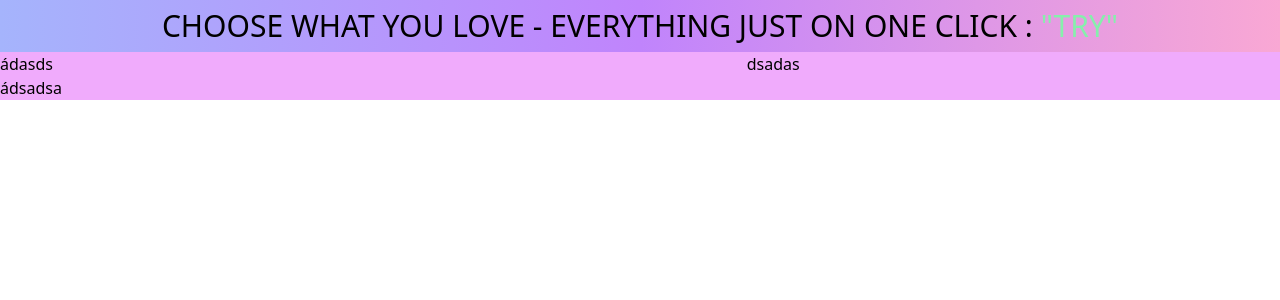
Repository: NguyenVietPhuQuy/ReactJs-TailWind-Redux-FunctionHook-ModelDesign
Page: / (app in modeldesign/)
The author's editor kept a copy of each file at every save. The page is drawn from the files as they stood at one save, then again after the next save.
The browser window is 1280 px wide. The pictures show the whole page.
The project was rebuilt for these pictures with package versions that can differ from the ones it lists, and the page was loaded fresh each time. Also part of the build but not shown: modeldesign/src/App.css.

Above is the page before, as saved 2022-11-17 10:33:49.

### modeldesign/src/index.js
import React from 'react';
import ReactDOM from 'react-dom/client';
import './index.css';
import App from './App';
import reportWebVitals from './reportWebVitals';
import {Provider} from 'react-redux'
import store from './Components/Reducer/Store'
const root = ReactDOM.createRoot(document.getElementById('root'));
root.render(
  <React.StrictMode>
    <Provider store ={store}>
    <App />
    </Provider>
  </React.StrictMode>
);

// If you want to start measuring performance in your app, pass a function
// to log results (for example: reportWebVitals(console.log))
// or send to an analytics endpoint. Learn more: https://bit.ly/CRA-vitals
reportWebVitals();

### modeldesign/src/App.js
import './App.css';
import Home from './Components/Home.js'
function App() {
  return (
    <div>
      <Home/>
    </div>
  );
}

export default App;

### modeldesign/src/Components/Reducer/Store.js
import {createStore} from "redux"
import rootReducer from "./RootReducer"

const store = createStore(rootReducer,window.__REDUX_DEVTOOLS_EXTENSION__ && window.__REDUX_DEVTOOLS_EXTENSION__())
export default store

### modeldesign/src/Components/Home.js
import React from "react";
import Header from './Header.js'
import Category from "./Category.js";
import ProductList from "./ProductList.js";
import Model from "./Model.js";
function Home() {
    return (
        <div className="container mx-auto relative bg-fuchsia-300">
            <section className=
            " bg-gradient-to-r from-indigo-300 via-purple-400 to-pink-300 w-full ring-2 ring-transparent">
                    <Header/>
            </section>
            <section className="main flex flex-row">
                <div className="basis-7/12">
                    <Category/>
                    <ProductList/>
                </div>
                <div className="basis-5/12">
                    <Model />
                </div>
            </section>
        </div>
    )
}
export default Home

### modeldesign/src/Components/Reducer/RootReducer.js
import { combineReducers } from "redux";
import ProductReducer from './ProductReducer'

const rootReducer = combineReducers({
    products: ProductReducer,

})

export default rootReducer

### modeldesign/src/Components/Header.js
import React from "react";
function Header(){
    return (
        <div className="text-center text-3xl p-2">
            CHOOSE WHAT YOU LOVE - EVERYTHING JUST ON ONE CLICK : <span className="text-green-300">"TRY" </span>
        </div>
    )
}
export default Header

### modeldesign/src/Components/Category.js
import React from "react";
function Category(){
    return(<div>
        ádasds
    </div>)
}
export default Category

### modeldesign/src/Components/ProductList.js
import React from "react";
function ProductList(){
    return(<div>
ádsadsa
    </div>)
}
export default ProductList

### modeldesign/src/Components/Model.js
import React from "react";
function Model(){
    return(<div>
        dsadas
    </div>)
}
export default Model

### modeldesign/src/Components/Reducer/ProductReducer.js

const initialState = {
    product: [{
        id: 'topcloth_1',
        type: "topclothes",
        name: "Top Cloth 1",
        desc: "Lorem ipsum dolor, sit amet consectetur adipisicing elit. Aliquid, nulla.",
        imgSrc_jpg: 'images/clothes/topcloth1_show.jpg',
        imgSrc_png: 'images/clothes/topcloth1.png',
    },
    {
        id: 'topcloth_2',
        type: "topclothes",
        name: "Top Cloth 2",
        desc: "Lorem ipsum dolor, sit amet consectetur adipisicing elit. Aliquid, nulla.",
        imgSrc_jpg: 'images/clothes/topcloth2_show.jpg',
        imgSrc_png: 'images/clothes/topcloth2.png',
    },
    {
        id: 'topcloth_3',
        type: "topclothes",
        name: "Top Cloth 3",
        desc: "Lorem ipsum dolor, sit amet consectetur adipisicing elit. Aliquid, nulla.",
        imgSrc_jpg: 'images/clothes/topcloth3_show.jpg',
        imgSrc_png: 'images/clothes/topcloth3.png',
    },
    {
        id: 'topcloth_4',
        type: "topclothes",
        name: "Top Cloth 4",
        desc: "Lorem ipsum dolor, sit amet consectetur adipisicing elit. Aliquid, nulla.",
        imgSrc_jpg: 'images/clothes/topcloth4_show.jpg',
        imgSrc_png: 'images/clothes/topcloth4.png',
    },
    {
        id: 'topcloth_5',
        type: "topclothes",
        name: "Top Cloth 5",
        desc: "Lorem ipsum dolor, sit amet consectetur adipisicing elit. Aliquid, nulla.",
        imgSrc_jpg: 'images/clothes/topcloth5_show.jpg',
        imgSrc_png: 'images/clothes/topcloth5.png',
    },
    {
        id: 'topcloth_6',
        type: "topclothes",
        name: "Top Cloth ",
        desc: "Lorem ipsum dolor, sit amet consectetur adipisicing elit. Aliquid, nulla.",
        imgSrc_jpg: 'images/clothes/topcloth6_show.jpg',
        imgSrc_png: 'images/clothes/topcloth6.png',
    },

    // Both clothes
    {
        id: 'botcloth_1',
        type: "botclothes",
        name: "Bot Cloth 1",
        desc: "Lorem ipsum dolor, sit amet consectetur adipisicing elit. Aliquid, nulla.",
        imgSrc_jpg: 'images/clothes/botcloth1_show.jpg',
        imgSrc_png: 'images/clothes/botcloth1.png',
    },
    {
        id: 'botcloth_2',
        type: "botclothes",
        name: "Bot Cloth 2",
        desc: "Lorem ipsum dolor, sit amet consectetur adipisicing elit. Aliquid, nulla.",
        imgSrc_jpg: 'images/clothes/botcloth2_show.jpg',
        imgSrc_png: 'images/clothes/botcloth2.png',
    },
    {
        id: 'botcloth_3',
        type: "botclothes",
        name: "Bot Cloth 3",
        desc: "Lorem ipsum dolor, sit amet consectetur adipisicing elit. Aliquid, nulla.",
        imgSrc_jpg: 'images/clothes/botcloth3_show.jpg',
        imgSrc_png: 'images/clothes/botcloth3.png',
    },
    {
        id: 'botcloth_4',
        type: "botclothes",
        name: "Bot Cloth 4",
        desc: "Lorem ipsum dolor, sit amet consectetur adipisicing elit. Aliquid, nulla.",
        imgSrc_jpg: 'images/clothes/botcloth4_show.jpg',
        imgSrc_png: 'images/clothes/botcloth4.png',
    },
    {
        id: 'botcloth_5',
        type: "botclothes",
        name: "Bot Cloth 5",
        desc: "Lorem ipsum dolor, sit amet consectetur adipisicing elit. Aliquid, nulla.",
        imgSrc_jpg: 'images/clothes/botcloth5_show.jpg',
        imgSrc_png: 'images/clothes/botcloth5.png',
    },

    // Shoes
    {
        id: 'shoes_1',
        type: "shoes",
        name: "Shoes 1",
        desc: "Lorem ipsum dolor, sit amet consectetur adipisicing elit. Aliquid, nulla.",
        imgSrc_jpg: 'images/shoes/shoes1_show.jpg',
        imgSrc_png: 'images/shoes/shoes1.png',
    },
    {
        id: 'shoes_2',
        type: "shoes",
        name: "Shoes 2",
        desc: "Lorem ipsum dolor, sit amet consectetur adipisicing elit. Aliquid, nulla.",
        imgSrc_jpg: 'images/shoes/shoes2_show.jpg',
        imgSrc_png: 'images/shoes/shoes2.png',
    },
    {
        id: 'shoes_3',
        type: "shoes",
        name: "Shoes 3",
        desc: "Lorem ipsum dolor, sit amet consectetur adipisicing elit. Aliquid, nulla.",
        imgSrc_jpg: 'images/shoes/shoes3_show.jpg',
        imgSrc_png: 'images/shoes/shoes3.png',
    },
    {
        id: 'shoes_4',
        type: "shoes",
        name: "Shoes 4",
        desc: "Lorem ipsum dolor, sit amet consectetur adipisicing elit. Aliquid, nulla.",
        imgSrc_jpg: 'images/shoes/shoes4_show.jpg',
        imgSrc_png: 'images/shoes/shoes4.png',
    },
    {
        id: 'shoes_5',
        type: "shoes",
        name: "Shoes 5",
        desc: "Lorem ipsum dolor, sit amet consectetur adipisicing elit. Aliquid, nulla.",
        imgSrc_jpg: 'images/shoes/shoes5_show.jpg',
        imgSrc_png: 'images/shoes/shoes5.png',
    },

    // Handbags
    {
        id: 'handbag_1',
        type: "handbags",
        name: "Handbag 1",
        desc: "Lorem ipsum dolor, sit amet consectetur adipisicing elit. Aliquid, nulla.",
        imgSrc_jpg: 'images/handbags/handbag1_show.jpg',
        imgSrc_png: 'images/handbags/handbag1.png',
    },
    {
        id: 'handbag_2',
        type: "handbags",
        name: "Handbag 2",
        desc: "Lorem ipsum dolor, sit amet consectetur adipisicing elit. Aliquid, nulla.",
        imgSrc_jpg: 'images/handbags/handbag2_show.jpg',
        imgSrc_png: 'images/handbags/handbag2.png',
    },
    {
        id: 'handbag_3',
        type: "handbags",
        name: "Handbag 3",
        desc: "Lorem ipsum dolor, sit amet consectetur adipisicing elit. Aliquid, nulla.",
        imgSrc_jpg: 'images/handbags/handbag3_show.jpg',
        imgSrc_png: 'images/handbags/handbag3.png',
    },

    // Necklaces
    {
        id: 'necklace_1',
        type: "necklaces",
        name: "Necklace 1",
        desc: "Lorem ipsum dolor, sit amet consectetur adipisicing elit. Aliquid, nulla.",
        imgSrc_jpg: 'images/necklaces/necklace1_show.jpg',
        imgSrc_png: 'images/necklaces/necklace1.png',
    },
    {
        id: 'necklace_2',
        type: "necklaces",
        name: "Necklace 2",
        desc: "Lorem ipsum dolor, sit amet consectetur adipisicing elit. Aliquid, nulla.",
        imgSrc_jpg: 'images/necklaces/necklace2_show.jpg',
        imgSrc_png: 'images/necklaces/necklace2.png',
    },
    {
        id: 'necklace_3',
        type: "necklaces",
        name: "Necklace 3",
        desc: "Lorem ipsum dolor, sit amet consectetur adipisicing elit. Aliquid, nulla.",
        imgSrc_jpg: 'images/necklaces/necklace3_show.jpg',
        imgSrc_png: 'images/necklaces/necklace3.png',
    },

    // Hairstyle
    {
        id: 'hairstyle_1',
        type: "hairstyle",
        name: "Hairstyle 1",
        desc: "Lorem ipsum dolor, sit amet consectetur adipisicing elit. Aliquid, nulla.",
        imgSrc_jpg: 'images/hairstyle/hairstyle1_show.jpg',
        imgSrc_png: 'images/hairstyle/hairstyle1.png',
    },
    {
        id: 'hairstyle_2',
        type: "hairstyle",
        name: "Hairstyle 2",
        desc: "Lorem ipsum dolor, sit amet consectetur adipisicing elit. Aliquid, nulla.",
        imgSrc_jpg: 'images/hairstyle/hairstyle2_show.jpg',
        imgSrc_png: 'images/hairstyle/hairstyle2.png',
    },
    {
        id: 'hairstyle_3',
        type: "hairstyle",
        name: "Hairstyle 3",
        desc: "Lorem ipsum dolor, sit amet consectetur adipisicing elit. Aliquid, nulla.",
        imgSrc_jpg: 'images/hairstyle/hairstyle3_show.jpg',
        imgSrc_png: 'images/hairstyle/hairstyle3.png',
    },

    // Background
    {
        id: 'background_1',
        type: "background",
        name: "Background 1",
        desc: "Lorem ipsum dolor, sit amet consectetur adipisicing elit. Aliquid, nulla.",
        imgSrc_jpg: 'images/background/background1_show.jpg',
        imgSrc_png: 'images/background/background1.jpg',
    },
    {
        id: 'background_2',
        type: "background",
        name: "Background 2",
        desc: "Lorem ipsum dolor, sit amet consectetur adipisicing elit. Aliquid, nulla.",
        imgSrc_jpg: 'images/background/background2_show.jpg',
        imgSrc_png: 'images/background/background2.jpg',
    },
    {
        id: 'background_3',
        type: "background",
        name: "Background 3",
        desc: "Lorem ipsum dolor, sit amet consectetur adipisicing elit. Aliquid, nulla.",
        imgSrc_jpg: 'images/background/background3_show.jpg',
        imgSrc_png: 'images/background/background3.jpg',
    },
    {
        id: 'background_4',
        type: "background",
        name: "Background 4",
        desc: "Lorem ipsum dolor, sit amet consectetur adipisicing elit. Aliquid, nulla.",
        imgSrc_jpg: 'images/background/background4_show.jpg',
        imgSrc_png: 'images/background/background4.jpg',
    },
    {
        id: 'background_5',
        type: "background",
        name: "Background 5",
        desc: "Lorem ipsum dolor, sit amet consectetur adipisicing elit. Aliquid, nulla.",
        imgSrc_jpg: 'images/background/background5_show.jpg',
        imgSrc_png: 'images/background/background5.jpg',
    },
    {
        id: 'background_6',
        type: "background",
        name: "Background 6",
        desc: "Lorem ipsum dolor, sit amet consectetur adipisicing elit. Aliquid, nulla.",
        imgSrc_jpg: 'images/background/background6_show.jpg',
        imgSrc_png: 'images/background/background6.jpg',
    },
    {
        id: 'background_7',
        type: "background",
        name: "Background 7",
        desc: "Lorem ipsum dolor, sit amet consectetur adipisicing elit. Aliquid, nulla.",
        imgSrc_jpg: 'images/background/background7_show.jpg',
        imgSrc_png: 'images/background/background7.jpg',
    },
],
}
const ProductReducer = (state =initialState,action)=>{
    return state
}

export default ProductReducer

Loaded but not shown: modeldesign/public/index.html (common file); modeldesign/src/index.css (common file); modeldesign/src/reportWebVitals.js (common file); modeldesign/tailwind.config.js (common file)

After the next save:
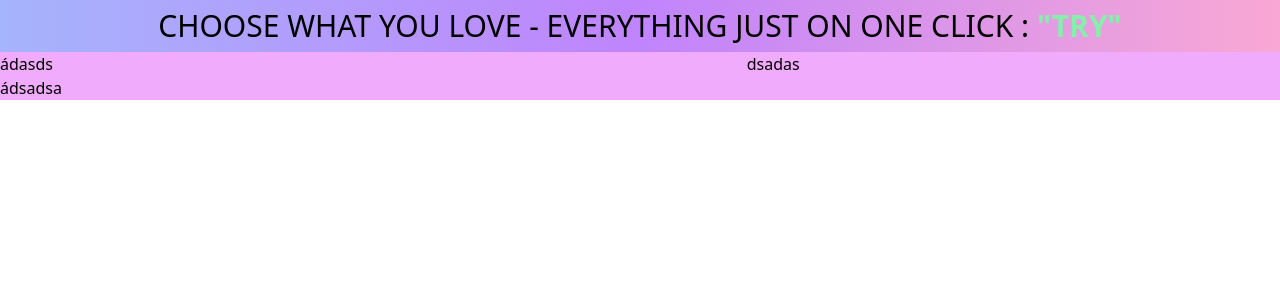
Saved 27 s later.
--- a/modeldesign/src/Components/Header.js
+++ b/modeldesign/src/Components/Header.js
@@ -2,7 +2,7 @@ import React from "react";
 function Header(){
     return (
         <div className="text-center text-3xl p-2">
-            CHOOSE WHAT YOU LOVE - EVERYTHING JUST ON ONE CLICK : <span className="text-green-300">"TRY" </span>
+            CHOOSE WHAT YOU LOVE - EVERYTHING JUST ON ONE CLICK : <span className="text-green-300 font-bold">"TRY" </span>
         </div>
     )
 }
